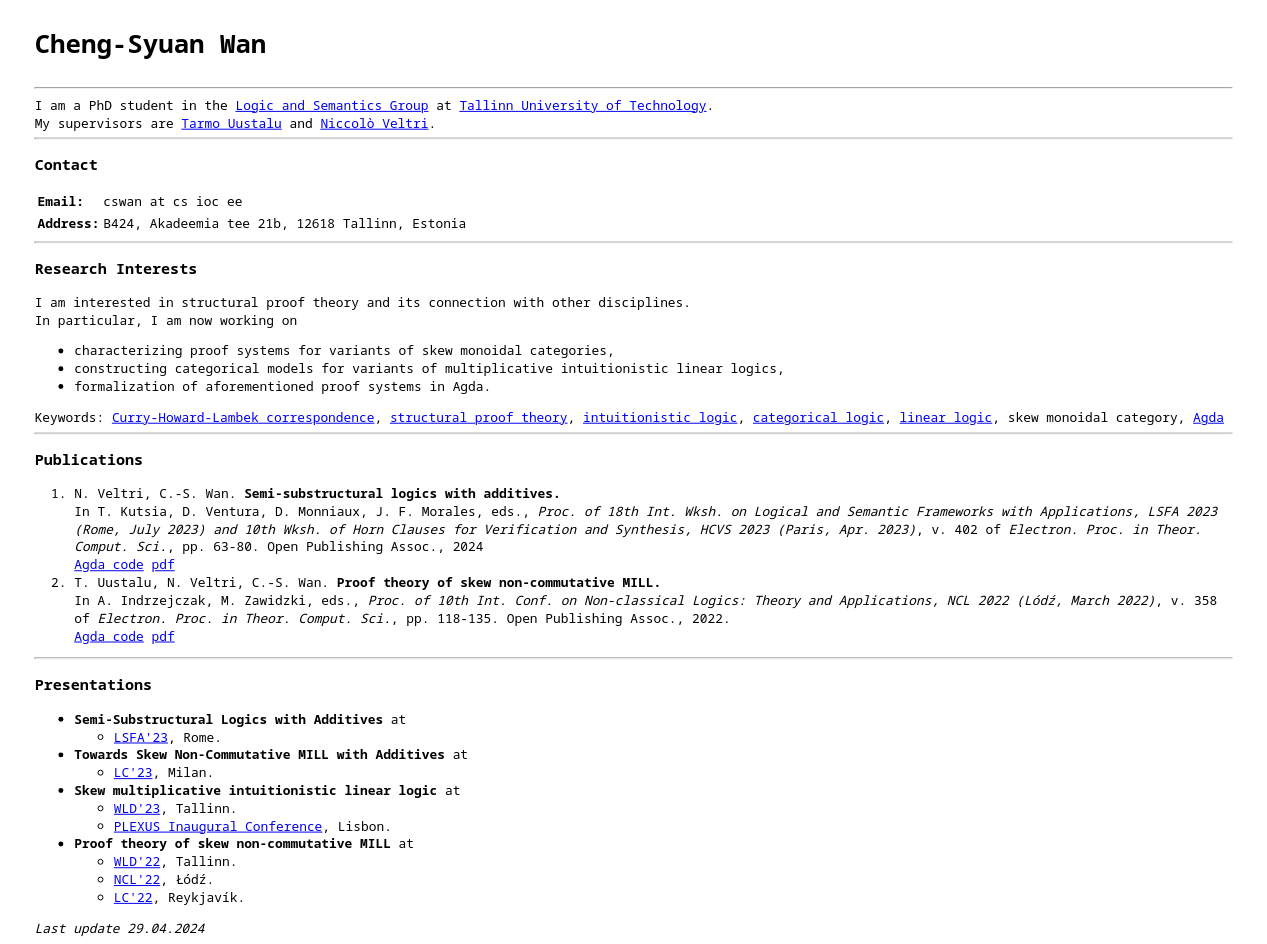
Repository: cswphilo/cswphilo.github.io
Page: index.html
The author's editor kept a copy of each file at every save. The page is drawn from the files as they stood at one save, then again after the next save.
The browser window is 1280 px wide. The pictures show the whole page, at 99% of full size.

Above is the page before, as saved 2024-04-29 11:14:17.

After the next save:
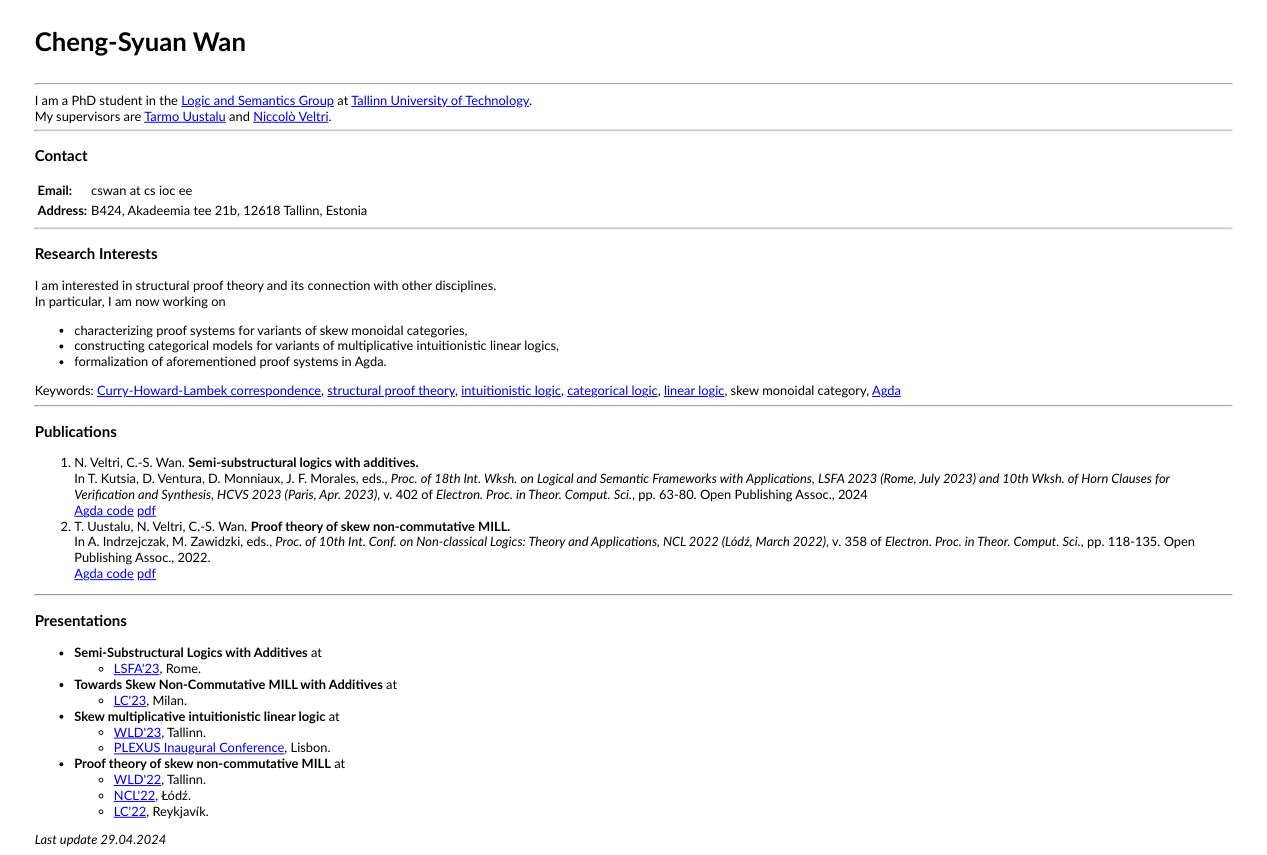
Saved 2 min 45 s later.
--- a/index.html
+++ b/index.html
@@ -7,7 +7,7 @@
     <style type ="text/css">
         body {
             background-color: #ffffff;
-            font-family: 'Noto Sans Mono', 'Gill Sans', 'Gill Sans MT', Calibri, 'Trebuchet MS', sans-serif;
+            font-family: 'Gill Sans', 'Gill Sans MT', Calibri, 'Trebuchet MS', sans-serif, 'Noto Sans Mono';
             font-size: small;
             margin-left: 35px;
             margin-right: 35px;
